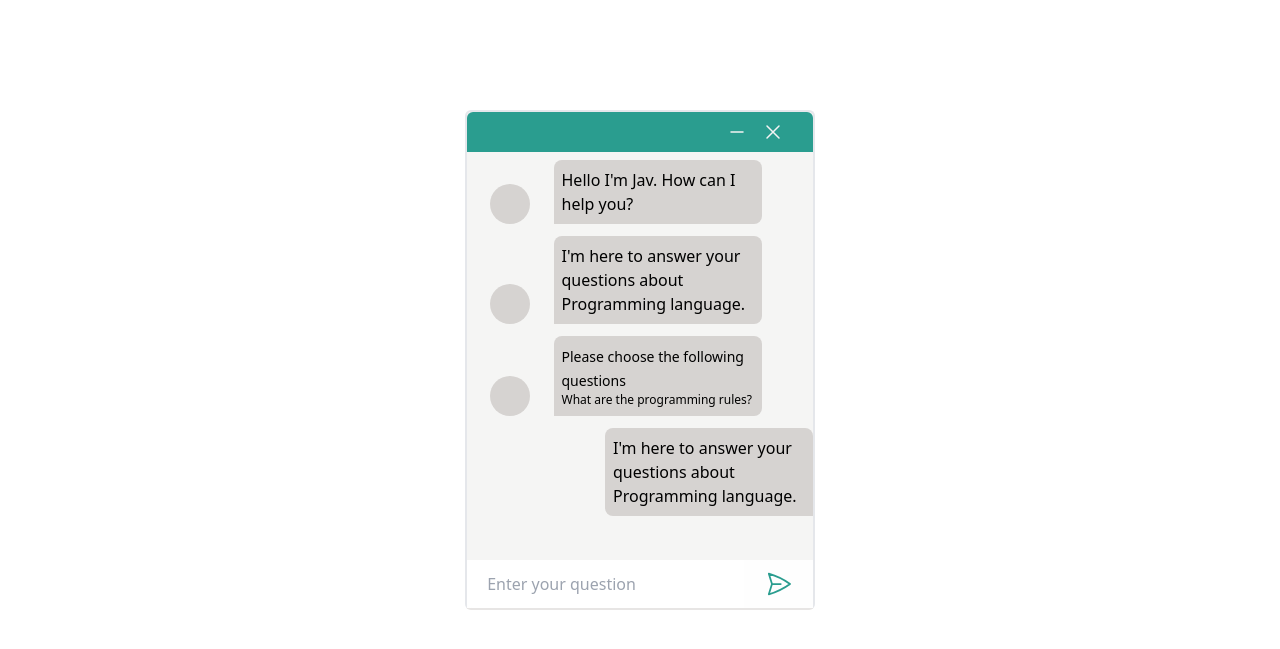
Repository: hsumyatm7308/Chatbot
Page: index.html
The author's editor kept a copy of each file at every save. The page is drawn from the files as they stood at one save, then again after the next save.
The browser window is 1280 px wide. The pictures show the whole page.
Some web libraries are served in a nearby version.

Above is the page before, as saved 2023-07-09 12:35:14.

### index.html
<!DOCTYPE html>
<html>

<head>
    <title>Chat Bot</title>
    <script src="https://cdn.tailwindcss.com"></script>
</head>

<body class="bg-[#fffff]">

    <div class="w-screen h-screen flex justify-center items-center   container">
        <div class="w-[350px] h-[500px] bg-[#f4f4f4] border-2 border-b-stone-200 rounded-md relative chatbot-container">
            <div
                class="w-full h-10 text-[#f4f4f4] bg-[#2a9d8f] rounded-tl-md rounded-tr-md flex justify-end items-center">
                <svg xmlns="http://www.w3.org/2000/svg" fill="none" viewBox="0 0 24 24" stroke-width="1.5"
                    stroke="currentColor" class="w-6 h-6 mr-3">
                    <path stroke-linecap="round" stroke-linejoin="round" d="M18 12H6" />
                </svg>

                <svg xmlns="http://www.w3.org/2000/svg" fill="none" viewBox="0 0 24 24" stroke-width="1.5"
                    stroke="currentColor" class="w-6 h-6 mr-7">
                    <path stroke-linecap="round" stroke-linejoin="round" d="M6 18L18 6M6 6l12 12" />
                </svg>

            </div>

            <div class="w-full h-[410px] bg-stone-100 overflow-y-scroll">
                <div class="w-full grid grid-cols-4 flex profile-side mt-2 mb-3">
                    <div class="w-full h-auto flex justify-center items-end">
                        <div class="w-10 h-10 rounded-full bg-stone-300">

                        </div>
                    </div>
                    <div class=" col-span-3">
                        <div class="w-full h-auto ">
                            <div class="w-52 h-full bg-stone-300 rounded-lg rounded-bl-none p-2">
                                <span>Hello I'm Jav. How can I help you?</span>
                            </div>
                        </div>
                    </div>
                </div>


                <div class="w-full grid grid-cols-4 flex profile-side mt-2 mb-3">
                    <div class="w-full h-auto flex justify-center items-end">
                        <div class="w-10 h-10 rounded-full bg-stone-300">

                        </div>
                    </div>
                    <div class=" col-span-3">
                        <div class="w-full h-auto ">
                            <div class="w-52 h-full bg-stone-300 rounded-lg rounded-bl-none p-2">
                                <span>I'm here to answer your questions about Programming language.</span>
                            </div>
                        </div>
                    </div>
                </div>



                <div class="w-full grid grid-cols-4 flex profile-side mt-2 mb-3">
                    <div class="w-full h-auto flex justify-center items-end">
                        <div class="w-10 h-10 rounded-full bg-stone-300">

                        </div>
                    </div>
                    <div class=" col-span-3">
                        <div class="w-full h-auto ">
                            <div class="w-52 h-full bg-stone-300 rounded-lg rounded-bl-none p-2">
                                <span>
                                    <span class="text-sm">Please choose the following questions</span>
                                    <ul>
                                        <li class="text-xs"><a href="">What are the programming rules?</a></li>
                                    </ul>
                                </span>
                            </div>
                        </div>
                    </div>
                </div>


                <!-- from cus -->
                <div class="w-full  flex justify-end  profile-side mt-2 mb-3">
                    <div>
                        <div class="w-full h-auto  flex justify-end">
                            <div class="w-52 h-full bg-stone-300 rounded-lg rounded-br-none  p-2">
                                <span>I'm here to answer your questions about Programming language.</span>
                            </div>
                        </div>
                    </div>



                </div>

            </div>




            <div class="w-full h-12 bg-red-100 absolute bottom-0 z-10">
                <form action="" class="w-full h-12 bg-[#fefefe] flex justify-between items-center">
                    <input type="text" class="w-[80%] h-full  rounded-bl-md p-4" placeholder=" Enter your question">

                    <button type="submit" class="mr-5">
                        <svg xmlns="http://www.w3.org/2000/svg" fill="none" viewBox="0 0 24 24" stroke-width="1.5"
                            stroke="currentColor" class="w-7 h-7 text-[#2a9d8f]">
                            <path stroke-linecap="round" stroke-linejoin="round"
                                d="M6 12L3.269 3.126A59.768 59.768 0 0121.485 12 59.77 59.77 0 013.27 20.876L5.999 12zm0 0h7.5" />
                        </svg>

                    </button>
                </form>
            </div>


        </div>


    </div>


</body>

</html>

After the next save:
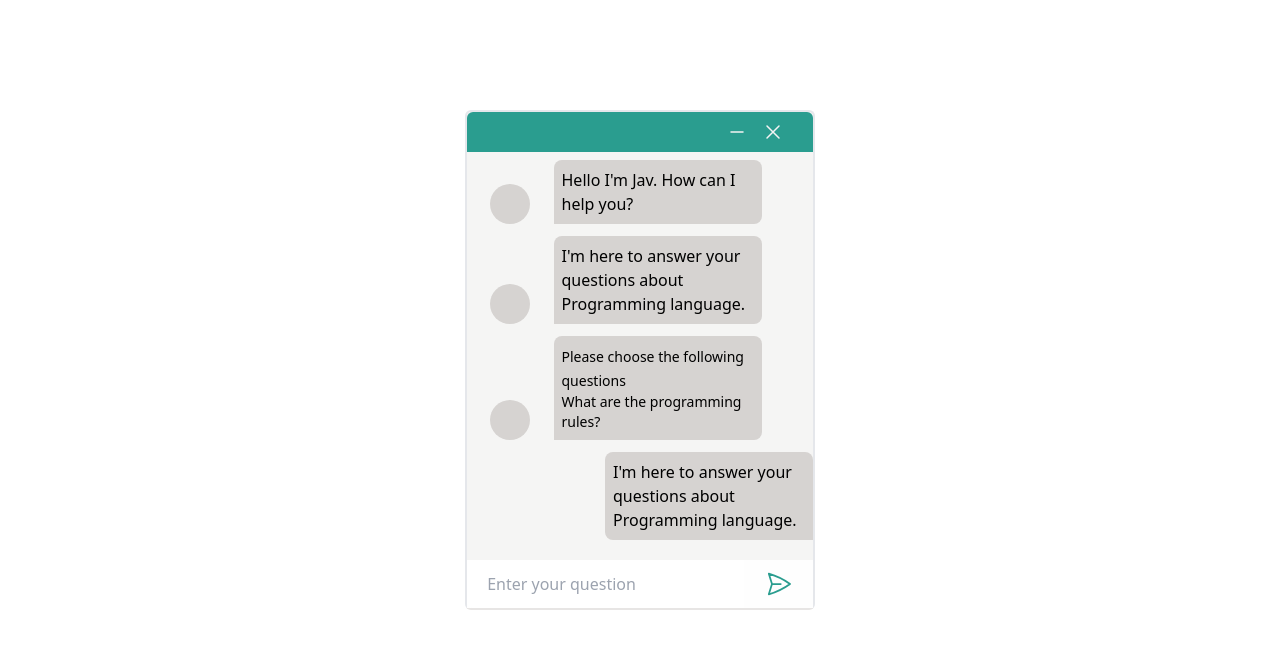
Saved 10 s later.
--- a/index.html
+++ b/index.html
@@ -70,7 +70,7 @@
                                 <span>
                                     <span class="text-sm">Please choose the following questions</span>
                                     <ul>
-                                        <li class="text-xs"><a href="">What are the programming rules?</a></li>
+                                        <li class="text-sm"><a href="">What are the programming rules?</a></li>
                                     </ul>
                                 </span>
                             </div>
